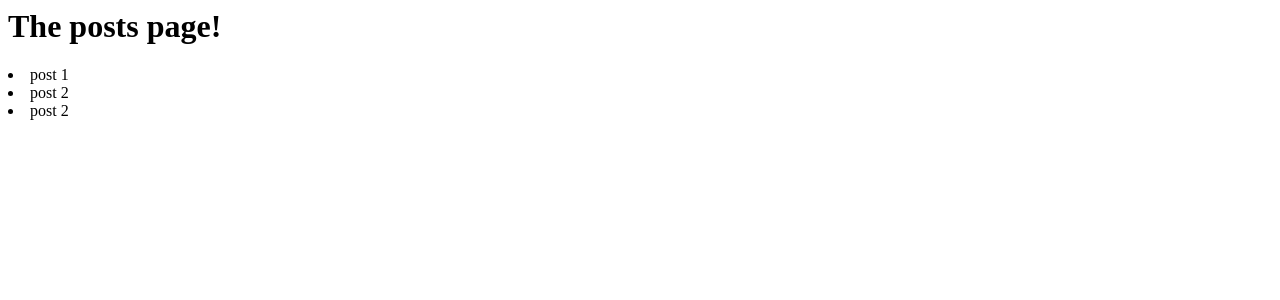
Repository: JoseSM1598/WebAppProjects
Page: http://localhost/posts
The author's editor kept a record of every edit. The page is drawn from the files as they stood at one moment, then again after the next edit.
The browser window is 1280 px wide. The pictures show the whole page.
The page is served by the project's Node server (MoreExpress/EJSDemo/app.js).

Above is the page before.

After the next edit:
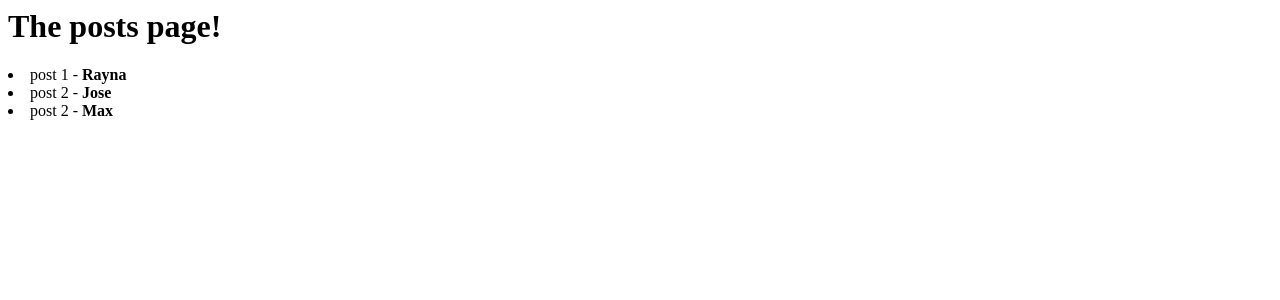
The edit:
--- a/MoreExpress/EJSDemo/views/post.ejs
+++ b/MoreExpress/EJSDemo/views/post.ejs
@@ -1,6 +1,8 @@
 <h1>The posts page!</h1>
 
 <%for(var i = 0; i < posts.length; i++){%>
-    <li><%= posts[i].title %></li>
+    <li>
+    <%= posts[i].title %> - <strong><%= posts[i].author %></strong>
+    </li>
 
 <% } %>
